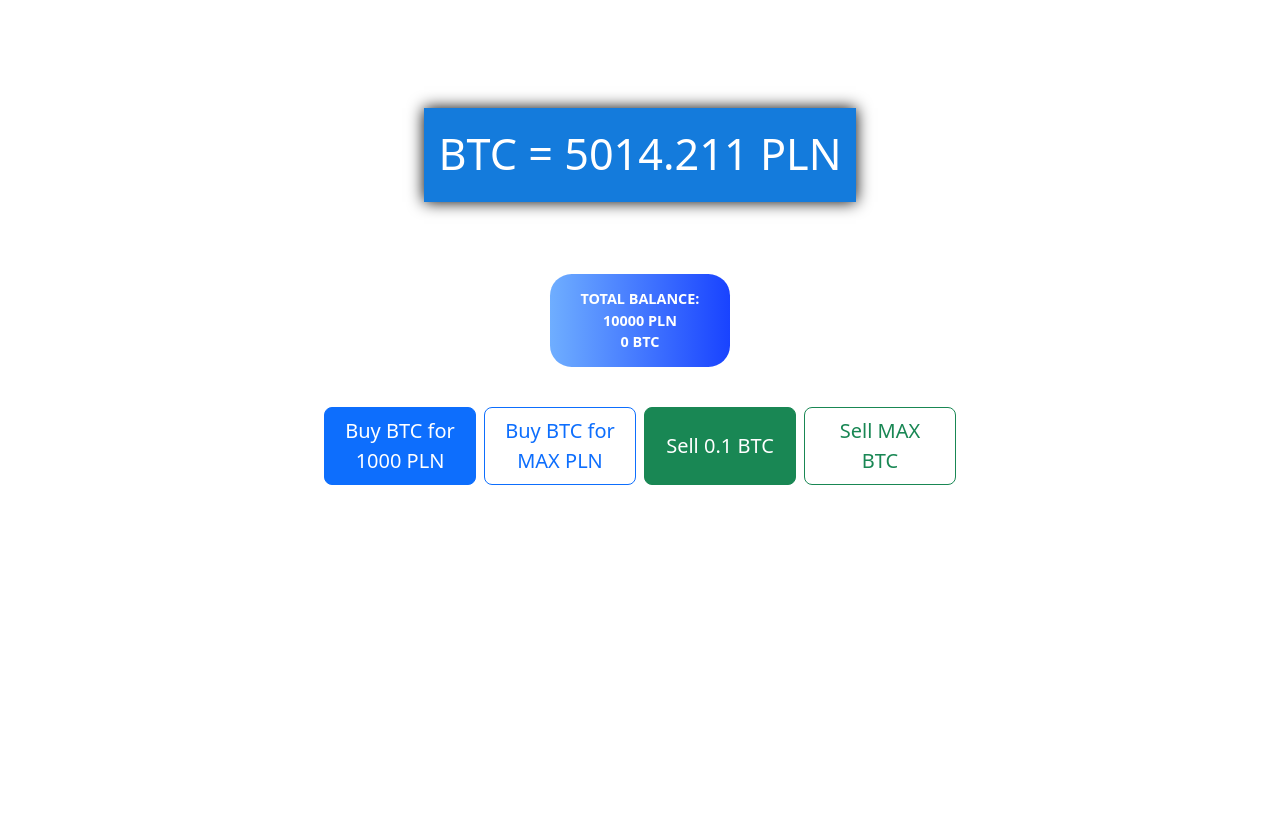
Repository: michalgornicki/bitcoin-virtual
Page: /
The author's editor kept a copy of each file at every save. The page is drawn from the files as they stood at one save, then again after the next save.
The browser window is 1280 px wide. The pictures show the whole page.
The project was rebuilt for these pictures with package versions that can differ from the ones it lists, and the page was loaded fresh each time.

Above is the page before, as saved 2021-12-05 22:55:18.

### src/App.jsx
import React, { useState, useEffect } from "react";
import "./App.css";
import Button from "react-bootstrap/Button";
import "bootstrap/dist/css/bootstrap.min.css";

function App() {
  const [bitcoinPrice, setBitcoinPrice] = useState(5000);
  const [accountPLN, setAccountPLN] = useState(10000);
  const [accountBTC, setAccountBTC] = useState(0);

  const bitcoin = () => {
    let randomNumber = parseFloat((Math.random() * 20 - 10).toFixed(3));
    setBitcoinPrice((bitcoinPrice) =>
      parseFloat((bitcoinPrice + randomNumber).toFixed(3))
    );
    console.log(bitcoinPrice);

    setTimeout(bitcoin, 1000);
  };

  const buyBitcoin = () => {
    if (accountPLN >= 1000) {
      setAccountPLN(accountPLN - 1000);
      setAccountBTC((accountBTC) =>
        parseFloat((accountBTC + 1000 / bitcoinPrice).toFixed(6))
      );
      console.log(accountBTC);
    } else {
      setAccountPLN(0);
      setAccountBTC((accountBTC) =>
        parseFloat((accountBTC + accountPLN / bitcoinPrice).toFixed(6))
      );
    }
  };

  const buyMAXBitcoin = () => {
      setAccountPLN(0);
      setAccountBTC((accountBTC) =>
        parseFloat((accountBTC + accountPLN/bitcoinPrice).toFixed(6))
      );
      console.log(accountBTC);
  };

  const sellBitcoin = () => {
    if (accountBTC >= 0.1) {
      setAccountPLN(parseFloat((accountPLN + bitcoinPrice / 10).toFixed(6)));
      setAccountBTC((accountBTC) => parseFloat((accountBTC - 0.1).toFixed(6)));
      console.log(accountBTC);
    } else {
      setAccountPLN(
        parseFloat((accountPLN + bitcoinPrice * accountBTC).toFixed(6))
      );
      setAccountBTC((accountBTC) => parseFloat((0).toFixed(6)));
    }
  };

  const sellMAXBitcoin = () => {
      setAccountPLN(parseFloat((accountPLN + bitcoinPrice*accountBTC).toFixed(6)));
      setAccountBTC(0);
      console.log(accountBTC);
  };

  useEffect(() => {
    bitcoin();
  }, []);

  return (
    <div className="wrapper">
      <div className="price">BTC = {bitcoinPrice} PLN</div>
      <div className="account-container">
        <div className="account">TOTAL BALANCE:</div>
        <div className="account">{accountPLN} PLN</div>
        <div className="account">{accountBTC} BTC</div>
      </div>

      <div className="button-container w-50 m-auto">
        <Button variant="primary m-1 btn-lg w-50" onClick={buyBitcoin}>
          Buy BTC for 1000 PLN
        </Button>
        <Button variant="outline-primary m-1 btn-lg w-50" onClick={buyMAXBitcoin}>
          Buy BTC for MAX PLN
        </Button>
        <Button variant="success m-1 btn-lg w-50" onClick={sellBitcoin}>
          Sell 0.1 BTC
        </Button>
        <Button variant="outline-success m-1 btn-lg w-50" onClick={sellMAXBitcoin}>
          Sell MAX BTC
        </Button>
      </div>
    </div>
  );
}

export default App;

### src/App.css

body{
    font-family:'Segoe UI', Tahoma, Geneva, Verdana, sans-serif;
    user-select: none;
}

.wrapper{
    height: 100vh;
    display: block;
    margin: auto;
}

.price{
    font-size: 6vmin;
    display: block;
    margin: auto;
    margin-top: 15vmin;
    padding: 2vmin;
    text-align: center;
    width: fit-content;
    color: rgb(255, 255, 255);
    background-color: rgb(20, 123, 220);
    box-shadow: 0px 0px 15px black;
}

.account-container{
    display: block;
    margin: auto;
    margin-top: 10vmin;
    margin-bottom: 5vmin;
    background: linear-gradient(to left, rgb(25, 67, 255), rgb(111, 174, 255));
    color: white;
    padding: 2vmin;
    border-radius: 3vmin;
    width: 14%;
}

.account{
    font-size: 2vmin;
    font-weight: 600;
    display: block;
    margin: auto;
    text-align: center;
}

.button-container{
    display: flex;
    justify-content: center;
}

.button{
    height: 10vmin;
    width: 10vmin;
    background-color: green;
    color: white;
    text-align: center;
    display: block;
    margin: 2vmin;
    margin-top: 10vmin;
    cursor: pointer;
}

Loaded but not shown: public/index.html (common file); src/index.js (common file); src/index.css (common file); src/reportWebVitals.js (common file)

After the next save:
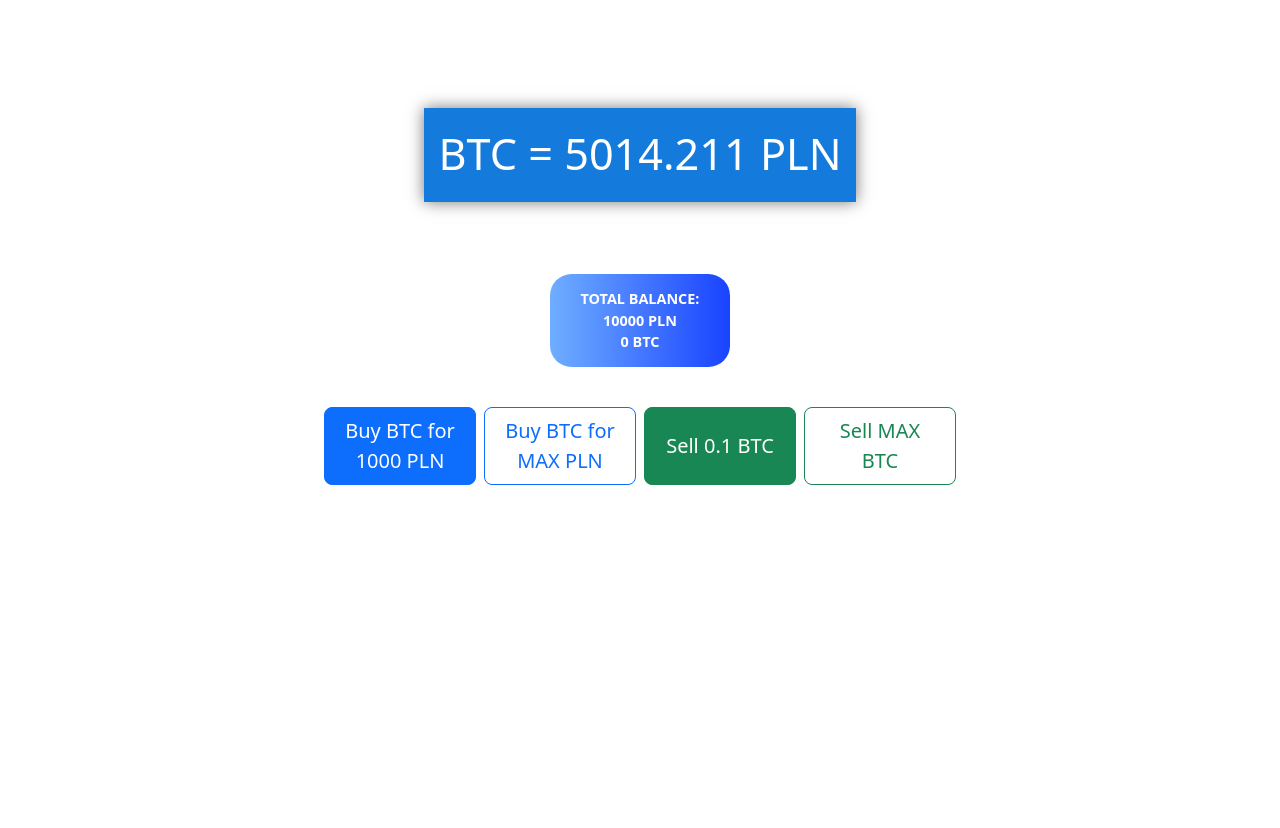
Saved 5 s later.
--- a/src/App.css
+++ b/src/App.css
@@ -20,7 +20,7 @@ body{
     width: fit-content;
     color: rgb(255, 255, 255);
     background-color: rgb(20, 123, 220);
-    box-shadow: 0px 0px 15px black;
+    box-shadow: 0px 0px 15px rgb(119, 119, 119);
 }
 
 .account-container{
